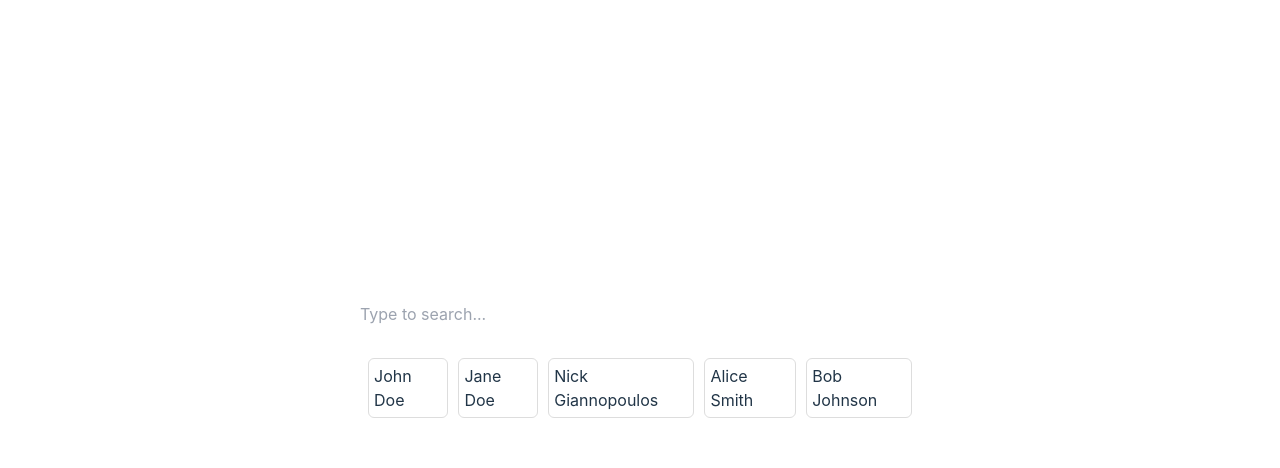
Repository: Ayansaxena24/Chip
Page: /
An editor plug-in stored every save of this project. The page is shown before and after the next save, followed by the edit.
The browser window is 1280 px wide. The pictures show the whole page.
Some web libraries are served in a nearby version. The project was rebuilt for these pictures with package versions that can differ from the ones it lists, and the page was loaded fresh each time. Also part of the build but not shown: vite.config.ts, src/ChipInput.css.

Above is the page before, as saved 2024-01-16 03:29:37.

After the next save:
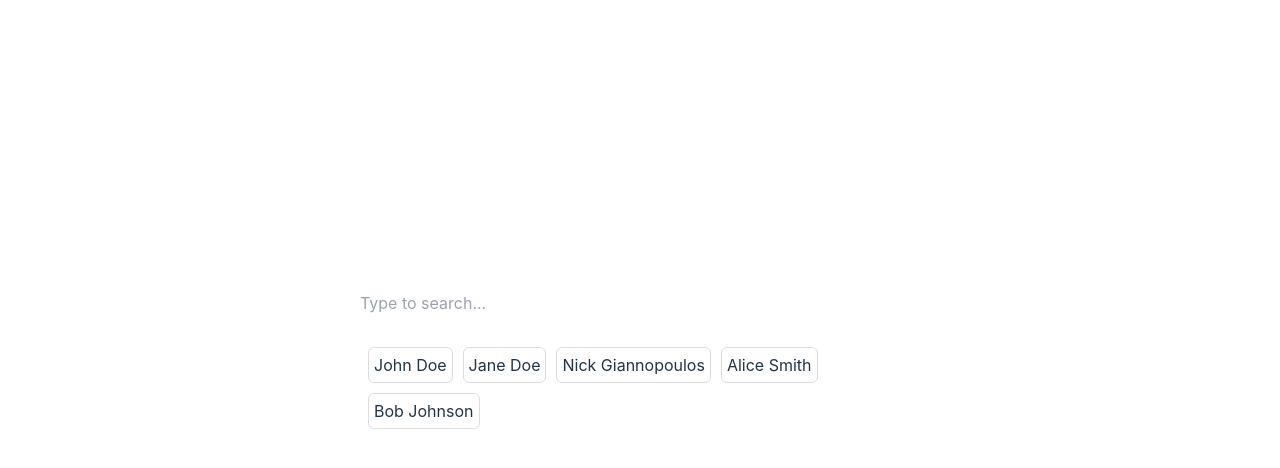
Saved 4 s later.
--- a/src/ChipInput.tsx
+++ b/src/ChipInput.tsx
@@ -95,7 +95,7 @@ const ChipInput: React.FC = () => {
             className="rounded-md w-full pl-2 py-4"
           />
         </div>
-        <ul className="cursor-pointer p-[5px] m-[5px] border-white rounded-md border-[1px] border-solid flex">
+        <ul className="cursor-pointer p-[5px] m-[5px] border-white rounded-md border-[1px] border-solid flex flex-wrap">
           {filteredItems.map((item) => (
             <li className="cursor-pointer p-[5px] m-[5px] border-[1px] border-[#ddd] rounded-md hover:text-black hover:bg-white" key={item} onClick={() => handleChipClick(item)}>
               {item}
